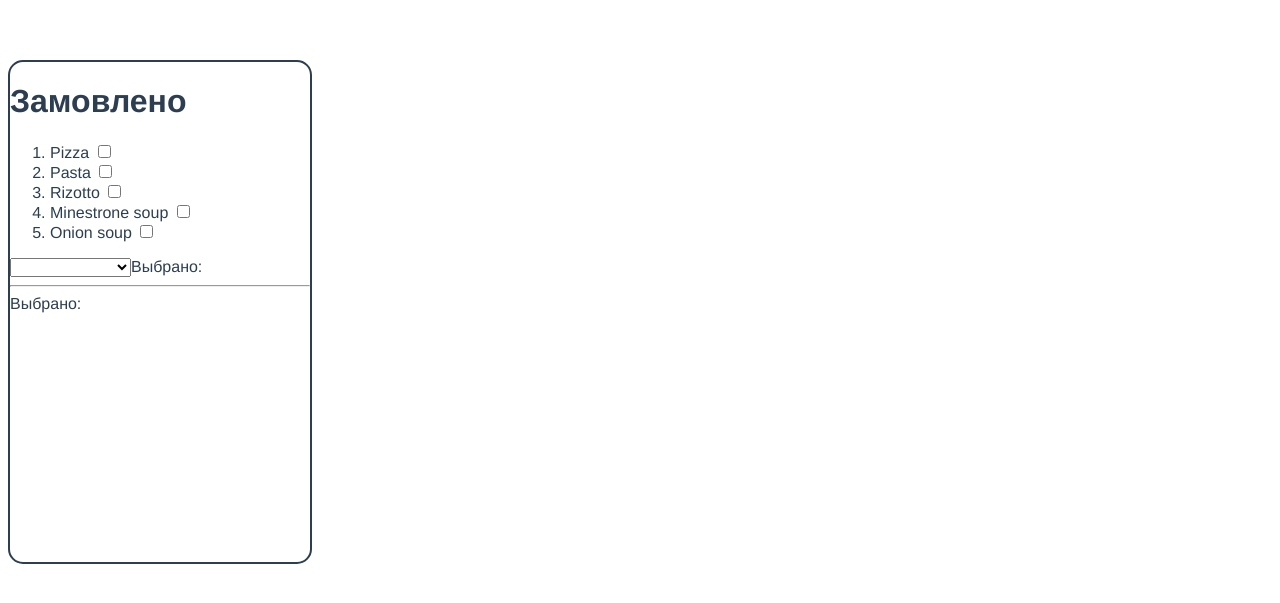
Repository: Salexandraa/HOME_Subotina
Page: / (app in order-list/)
An editor plug-in stored every save of this project. The page is shown before and after the next save, followed by the edit.
The browser window is 1280 px wide. The pictures show the whole page.
The project was rebuilt for these pictures with package versions that can differ from the ones it lists, and the page was loaded fresh each time.

Above is the page before, as saved 2020-10-09 15:17:46.

### order-list/src/App.vue
<template>
  <div id="app">
  <reserved :listDishes= "dishesList"
  title='Замовлено'

  />
  </div>
</template>

<script>
import Reserved from "./components/CheckList/Reserved";
import dishesList from "../settings"
export default {
  name: "App",
  components: {
    Reserved,
  },
  data() {
    return {
      dishesList
      // dishesList: [
      //   {
      //     id: 1,
      //     name: "Pizza",
      //   },
      //    {
      //     id: 2,
      //     name: "Pasta",
      //   },
      //    {
      //     id:3,
      //     name: "Rizzoto",
      //   },
      //    {
      //     id: 4,
      //     name: "Minestrone soup",
      //   },
      //    {
      //     id:5,
      //     name: "Onion soup",
      //   },
      // ],
    };
  },
};
</script>

<style>
#app {
  font-family: Avenir, Helvetica, Arial, sans-serif;
  -webkit-font-smoothing: antialiased;
  -moz-osx-font-smoothing: grayscale;
  /* text-align: center; */
  color: #2c3e50;
  margin-top: 60px;
}
</style>

### order-list/src/components/CheckList/Reserved/index.vue
<template>
    <div class="container">
<div>
    <h1>{{title}}</h1>
</div>
<div> <ol   >
        <li v-for="item in listDishes" :key="item.name"   >
          {{item.name}}  <input type="checkbox" :v-model="chekedNames"   >
        </li>

    </ol>

    <select v-model="chekedNames">
  <option v-for="item in listDishes" v-bind:name="item.name" :key="item.name">
    {{ item.name }}
  </option>
</select>
<span>Выбрано: {{ checkedNames }}</span>
</div>
<hr>
<div>
    <span>Выбрано: {{ checkedNames }}</span>
      <!-- <ul>
        <li  >
           {{checkedNames}} <input type="checkbox" >
        </li>

    </ul> -->

</div>
    </div>
</template>

<script>
    export default {
        name: "Reserved",
        props: {
             listDishes: {
                type: Array,
                default: ()=>[]
            },
            title: {
                type: String,
                default: ''
            }
            },
            data() {
                return {
                    chekedNames: ''
                }
                },
                // methods: {
                //     addDish() {
                //         if(this.chekedNames === true)


                //     }
                // },

    }
</script>

<style lang="css" scoped>
.container{
    width: 300px;
    height: 500px;
    border: 2px solid;
    border-radius: 15px;
}
</style>

### order-list/settings.js
export default [
    {
      id: 1,
      name: "Pizza",
    },
     {
      id: 2,
      name: "Pasta",
    },
     {
      id:3,
      name: "Rizotto",
    },
     {
      id: 4,
      name: "Minestrone soup",
    },
     {
      id:5,
      name: "Onion soup",
    },
  ]

Loaded but not shown: order-list/public/index.html (common file); order-list/src/main.js (common file)

After the next save:
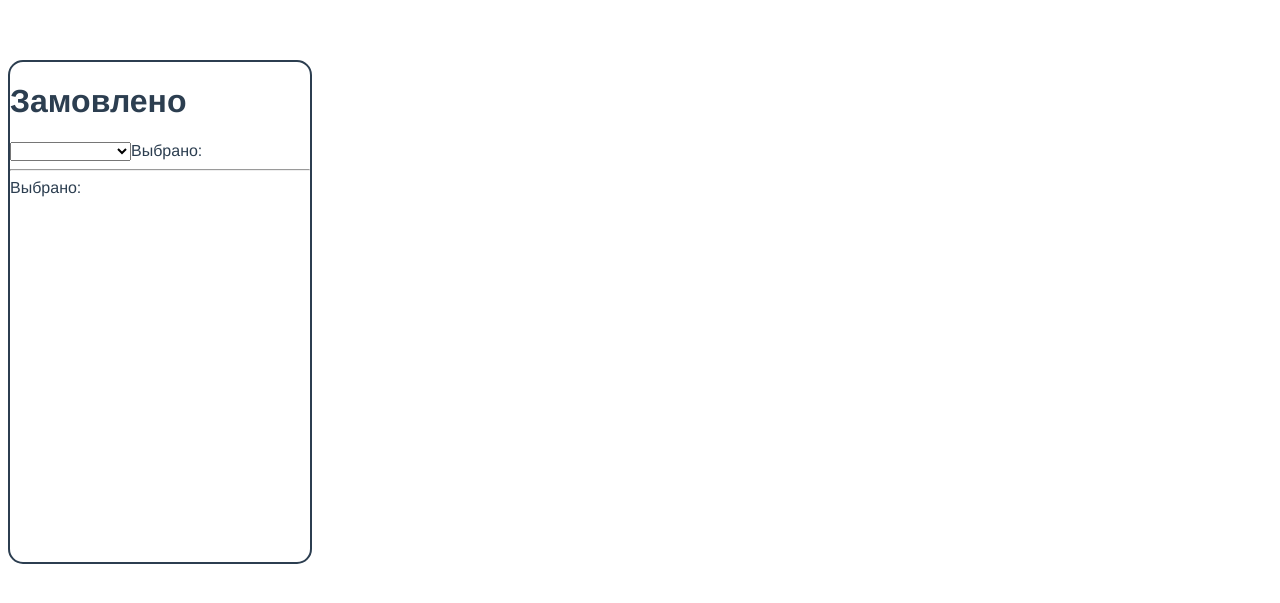
Saved 16 s later.
--- a/order-list/src/components/CheckList/Reserved/index.vue
+++ b/order-list/src/components/CheckList/Reserved/index.vue
@@ -3,12 +3,12 @@
 <div>
     <h1>{{title}}</h1>
 </div>
-<div> <ol   >
+ <div><!-- <ol   >
         <li v-for="item in listDishes" :key="item.name"   >
           {{item.name}}  <input type="checkbox" :v-model="chekedNames"   >
         </li>
 
-    </ol>
+    </ol>  -->
 
     <select v-model="chekedNames">
   <option v-for="item in listDishes" v-bind:name="item.name" :key="item.name">
